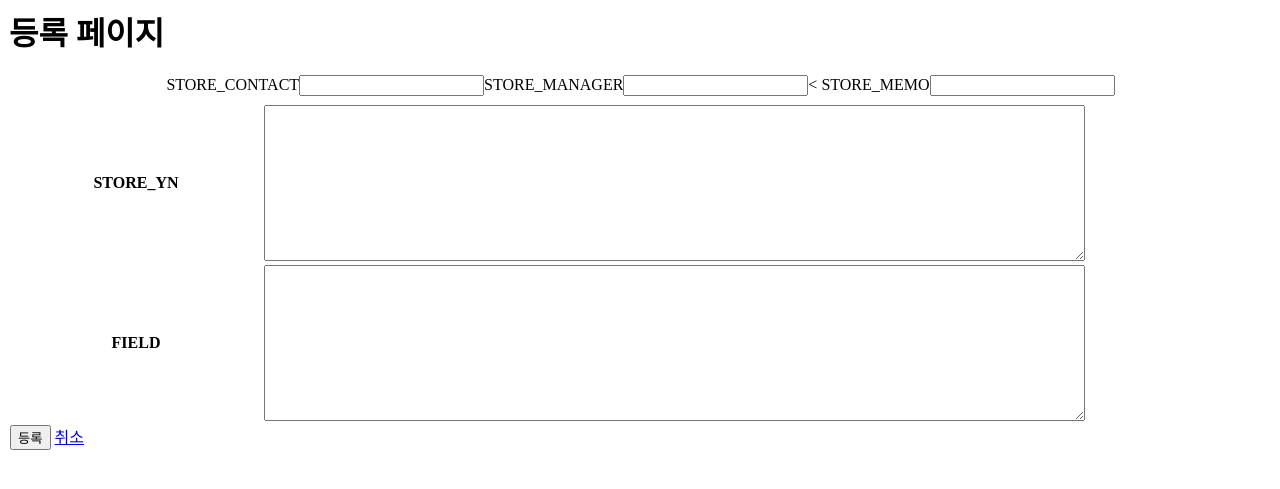
Repository: 2022-kh-final-mothlymoon/moon-back
Page: http://localhost/sellermoon/store/create.jsp
These files come from the project's save history. The page is drawn as it stood at one moment and after the next save; the edit follows.
The browser window is 1280 px wide. The pictures show the whole page.
The page is served by Tomcat 9. Other server files are loaded and not shown.

Above is the page before, as saved 2022-10-20 17:47:01.

### sellermoon/src/main/webapp/store/create.jsp
<%@ page language="java" contentType="text/html; charset=UTF-8"
	pageEncoding="UTF-8"%>
<%@ taglib uri="http://java.sun.com/jsp/jstl/core" prefix="c"%>
<%@ taglib uri="http://java.sun.com/jsp/jstl/fmt" prefix="fmt"%>


<div class="row" style="margin-bottom: 20px; margin-left: 1px;">
	<div class="col-lg-12">
		<h1 class="page-header">등록 페이지</h1>
	</div>
</div>
<div class="panel" style="margin-left: 1px;">
	<div id="contAreaBox">
		<div class="panel">
			<div class="panel-body">
				<form role="form" action="/board/create_action" method="post">
					<div class="table-responsive" style="text-align: center;">
						<table id="datatable-scroller"
							class="table table-bordered tbl_Form">
							<caption></caption>
							<colgroup>
								<col width="250px" />
								<col />
							</colgroup>
							<tbody>
								<tr>
									<input type="hidden" id="STORE_NO" name="STORE_NO" value="0">
									<input type="hidden" id="MD_NO" name="MD_NO" value="1">
									<lable>STORE_CONTACT</lable>
									<input type="text" id="STORE_CONTACT" name="STORE_CONTACT" />
								</tr>
								<tr>
									<lable>STORE_MANAGER</lable>
									<input type="text" id="STORE_MANAGER" name="STORE_MANAGER" /><
								</tr>


								<tr>
									<lable>STORE_MEMO</lable>
									<input type="text" id="STORE_MEMO" name="STORE_MEMO" />
								</tr>
								<tr>
									<th class="active">STORE_YN</th>
									<td class="form-inline"><textarea id="STORE_YN"
											name="STORE_YN" cols="100" rows="10" class="form-control"></textarea></td>
								</tr>
								<tr>
									<th class="active">FIELD</th>
									<td class="form-inline"><textarea id="FIELD" name="FIELD"
											cols="100" rows="10" class="form-control"></textarea></td>
								</tr>
							</tbody>
						</table>
					</div>
					<div style="margin-left: 1px;">
						<button type="submit" class="btn btn-primary">등록</button>
						<a href="./storeList" class="btn btn-danger">취소</a>
					</div>
				</form>
			</div>
		</div>
	</div>
</div>

After the next save:
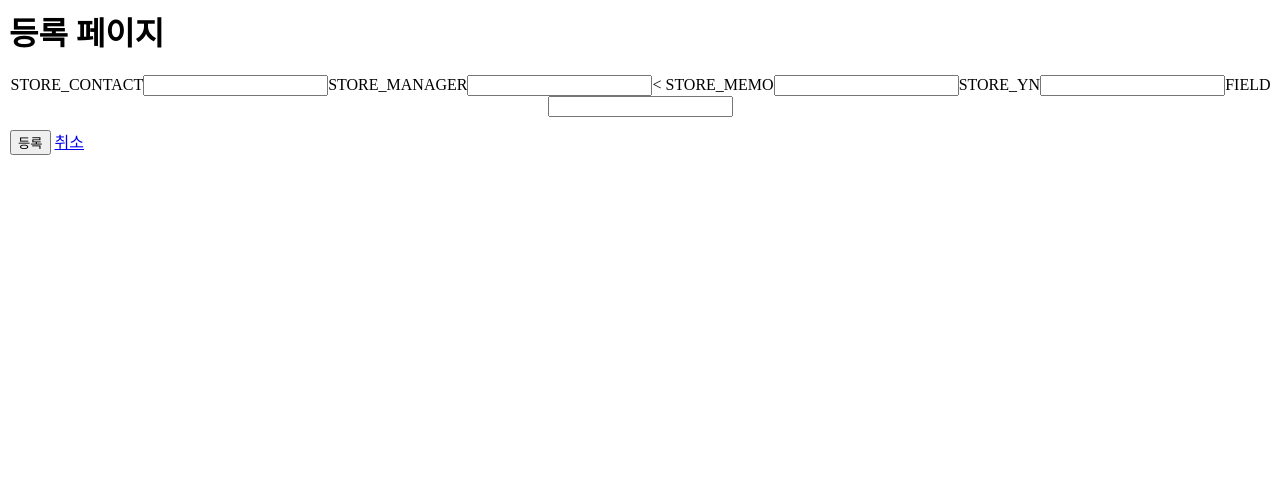
Saved 66 s later.
--- a/sellermoon/src/main/webapp/store/create.jsp
+++ b/sellermoon/src/main/webapp/store/create.jsp
@@ -40,14 +40,12 @@
 									<input type="text" id="STORE_MEMO" name="STORE_MEMO" />
 								</tr>
 								<tr>
-									<th class="active">STORE_YN</th>
-									<td class="form-inline"><textarea id="STORE_YN"
-											name="STORE_YN" cols="100" rows="10" class="form-control"></textarea></td>
+									<lable>STORE_YN</lable>
+									<input type="text" id="STORE_YN" name="STORE_YN" />
 								</tr>
 								<tr>
-									<th class="active">FIELD</th>
-									<td class="form-inline"><textarea id="FIELD" name="FIELD"
-											cols="100" rows="10" class="form-control"></textarea></td>
+									<lable>FIELD</lable>
+									<input type="text" id="FIELD" name="FIELD" />
 								</tr>
 							</tbody>
 						</table>
